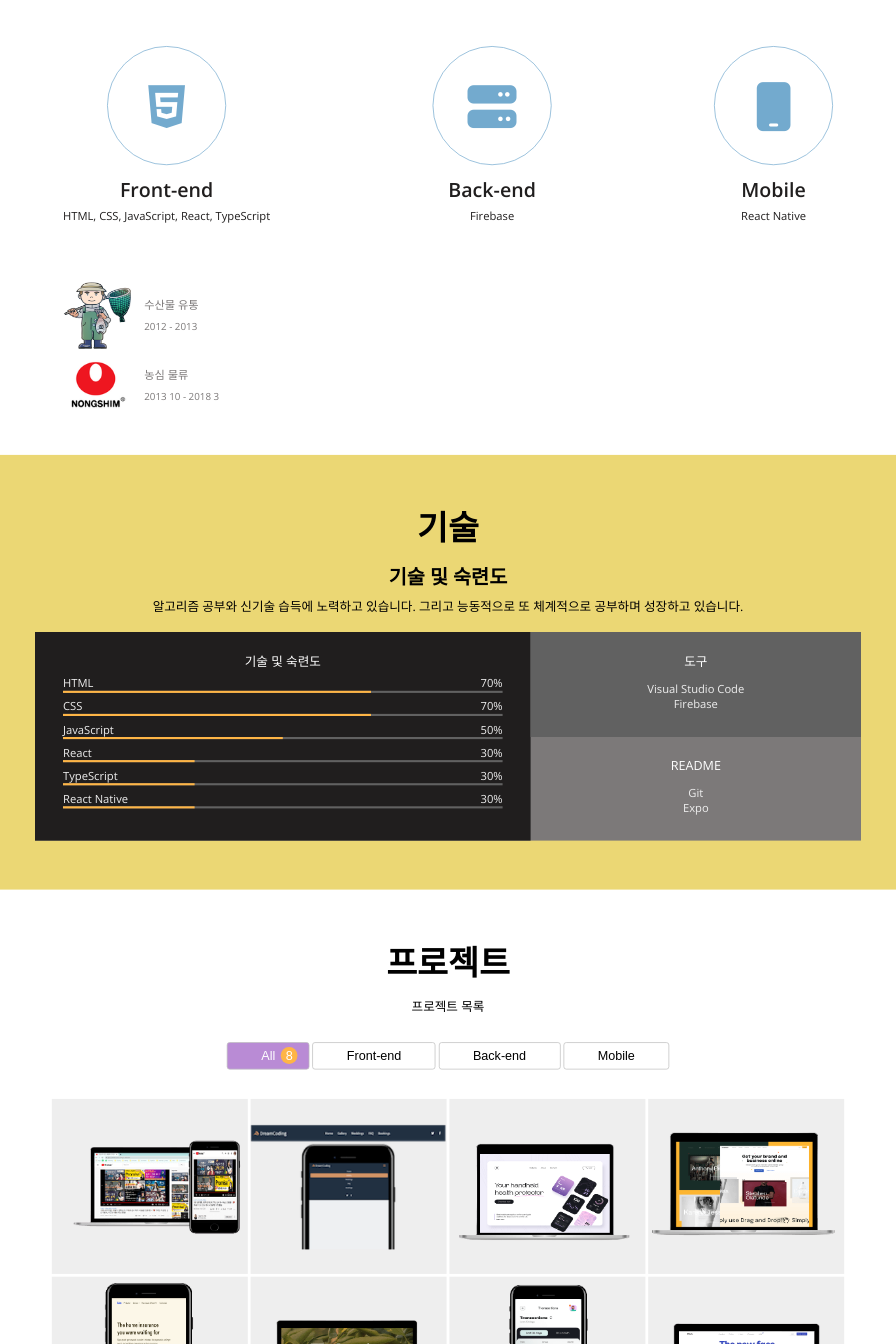
Repository: beomsu9696/Dream_Coding_Academy4
Page: index.html
The author's editor kept a copy of each file at every save. The page is drawn from the files as they stood at one save, then again after the next save.
The browser window is 1280 px wide. The pictures show the part of the page from y = 1087 to 3007 px (the page is 3863 px tall), at 70% of full size.
Some web libraries are served in a nearby version.

Above is the page before, as saved 2021-03-23 14:19:23.

### index.html
<!DOCTYPE html>
<html lang="en">
  <head>
    <meta charset="UTF-8" />
    <meta name="viewport" content="width=device-width, initial-scale=1.0" />
    <title>김범수 포트폴리오</title>
    <meta name="description" content="Portfolio" />
    <meta name="author" content="Beomsu" />
    <link rel="icon" type="image/png" href="images/favicon.png" />
    <script
      src="https://kit.fontawesome.com/c90a48a564.js"
      crossorigin="anonymous"
    ></script>
    <link rel="preconnect" href="https://fonts.gstatic.com" />
    <link
      href="https://fonts.googleapis.com/css2?family=Open+Sans:wght@400;600;700&display=swap"
      rel="stylesheet"
    />
    <link rel="stylesheet" href="style.css" />
    <script src="main.js" defer></script>
  </head>
  <body>
    <!-- Navbar -->
    <nav id="navbar">
      <div class="navbar__logo">
        <i class="fab fa-diaspora"></i>
        <a href="#">김범수 포트폴리오</a>
      </div>
      <ul class="navbar__menu">
        <li class="navbar__menu__item active" data-link="#home">홈</li>
        <li class="navbar__menu__item" data-link="#about">소개</li>
        <li class="navbar__menu__item" data-link="#skills">기술</li>
        <li class="navbar__menu__item" data-link="#work">프로젝트</li>
        <li class="navbar__menu__item" data-link="#etc">README</li>
        <li class="navbar__menu__item" data-link="#contact">연락처</li>
      </ul>
      <!-- Togglle button -->
      <button class="navbar__toggle-btn">
        <i class="fas fa-bars"></i>
      </button>
    </nav>
    <!-- Home -->
    <section id="home">
      <div class="home__container">
        <img
          src="images/IMG_9769.JPG"
          alt="profile photo"
          class="home__avatar"
        />
        <h1 class="home__title">
          안녕하세요, <br />프론트엔드 개발자 김범수 입니다.
        </h1>
        <h2 class="home__description">🇰🇷</h2>
        <button class="home__contact">연락처</button>
      </div>
    </section>
    <!-- About -->
    <section id="about" class="section section__container">
      <h1>소개</h1>
      <p>
        안녕하세요. 저는 비전공자 신입 프론트엔드 개발자입니다. 기술과 문제
        해결능력을 키우는데 열정을 가지고 있으며, 신기술 습득에 노력하고
        있습니다. 그리고 시간 관리와 의사소통 능력이 있습니다. 코딩에 매력을
        느껴서 본격적으로 기술 공부를 하며 배운 기술을 활용해 작은 프로젝트들을
        만들어 보며 여러 가지 문제에 부딪혀 문제해결 과정을 겪어보고 있습니다.
        프론트엔드 개발기술로는 JavaScript, React, Typescript, Firebase, HTML,
        CSS, Git 등을 사용하며 초급수준입니다. 온라인 강의를 적극적으로 활용하여
        능동적으로 또 체계적으로 공부하며 성장하고 있습니다. 최근 Reaact
        Native와 Expo로 간단한 앱 몇 가지를 개발하여 구글 플레이 스토어에 배포해
        보았으며 저에겐 굉장히 즐거운 과정이었습니다. 계속해서 웹 앱 분야에서
        토이 프로젝트들을 만들어보면서 고급개발자가 될 수 있도록 노력하려
        합니다. 앞으로는 현업에서 소통과 협업을 하며 성장해 보고 싶습니다.
      </p>
      <div class="about__majors">
        <div class="major">
          <div class="major__icon">
            <i class="fab fa-html5"></i>
          </div>
          <h2 class="major__title">Front-end</h2>
          <div class="major__description">
            HTML, CSS, JavaScript, React, TypeScript
          </div>
        </div>
        <div class="major">
          <div class="major__icon">
            <i class="fas fa-server"></i>
          </div>
          <h2 class="major__title">Back-end</h2>
          <div class="major__description">Firebase</div>
        </div>
        <div class="major">
          <div class="major__icon">
            <i class="fas fa-mobile"></i>
          </div>
          <h2 class="major__title">Mobile</h2>
          <div class="major__description">React Native</div>
        </div>
      </div>
      <div class="about__jobs">
        <div class="job">
          <img src="images/jobs/sea.jpeg" alt="sea" class="job__logo" />
          <div class="job__description">
            <p class="job__name">수산물 유통</p>
            <p class="job__period">2012 - 2013</p>
          </div>
        </div>
        <div class="job">
          <img
            src="images/jobs/logo-nongshim.png"
            alt="nongshim"
            class="job__logo"
          />
          <div class="job__description">
            <p class="job__name">농심 물류</p>
            <p class="job__period">2013 10 - 2018 3</p>
          </div>
        </div>
      </div>
    </section>
    <!-- Skills -->
    <section id="skills" class="section">
      <div class="section__container">
        <h1>기술</h1>
        <h2>기술 및 숙련도</h2>
        <p>
          알고리즘 공부와 신기술 습득에 노력하고 있습니다. 그리고 능동적으로 또
          체계적으로 공부하며 성장하고 있습니다.
        </p>
        <div class="skillset">
          <div class="skillset__left">
            <h3 class="skillset__title">기술 및 숙련도</h3>
            <div class="skill">
              <div class="skill__description">
                <span>HTML</span>
                <span>70%</span>
              </div>
              <!-- <progress value="100" max="100"></progress> -->
              <div class="skill__bar">
                <div class="skill__value" style="width: 70%"></div>
              </div>
            </div>
            <div class="skill">
              <div class="skill__description">
                <span>CSS</span>
                <span>70%</span>
              </div>
              <div class="skill__bar">
                <div class="skill__value" style="width: 70%"></div>
              </div>
            </div>
            <div class="skill">
              <div class="skill__description">
                <span>JavaScript</span>
                <span>50%</span>
              </div>
              <div class="skill__bar">
                <div class="skill__value" style="width: 50%"></div>
              </div>
            </div>
            <div class="skill">
              <div class="skill__description">
                <span>React</span>
                <span>30%</span>
              </div>
              <div class="skill__bar">
                <div class="skill__value" style="width: 30%"></div>
              </div>
            </div>
            <div class="skill">
              <div class="skill__description">
                <span>TypeScript</span>
                <span>30%</span>
              </div>
              <div class="skill__bar">
                <div class="skill__value" style="width: 30%"></div>
              </div>
            </div>
            <div class="skill">
              <div class="skill__description">
                <span>React Native</span>
                <span>30%</span>
              </div>
              <div class="skill__bar">
                <div class="skill__value" style="width: 30%"></div>
              </div>
            </div>
          </div>
          <div class="skillset__right">
            <div class="tools">
              <h3 class="skillset__title">도구</h3>
              <ul class="tools__list">
                <li><span>Visual Studio Code</span></li>
                <li><span>Firebase</span></li>
              </ul>
            </div>
            <div class="etc">
              <h3 class="skillset__title">README</h3>
              <ul class="etc__list">
                <li><span>Git</span></li>
                <li><span>Expo</span></li>
              </ul>
            </div>
          </div>
        </div>
      </div>
    </section>
    <!-- Work -->
    <section id="work" class="section">
      <div class="section__container">
        <h1>프로젝트</h1>
        <h3>프로젝트 목록</h3>
        <div class="work__categories">
          <button class="category__btn selected" data-filter="*">
            All <span class="category__count">8</span>
          </button>
          <button class="category__btn" data-filter="front-end">
            Front-end <span class="category__count">1</span>
          </button>
          <button class="category__btn" data-filter="back-end">
            Back-end <span class="category__count">1</span>
          </button>
          <button class="category__btn" data-filter="mobile">
            Mobile <span class="category__count">1</span>
          </button>
        </div>
        <div class="work__projects">
          <a href="#" class="project" target="_blank" data-type="front-end">
            <img
              class="project__img"
              src="images/projects/project1.png"
              alt="Project1"
            />
            <div class="project__description">
              <h3>Project</h3>
              <span>Clone coding with HTML and CSS</span>
            </div>
          </a>
          <a href="#" class="project" target="_blank" data-type="back-end">
            <img
              class="project__img"
              src="images/projects/project2.png"
              alt="Project2"
            />
            <div class="project__description">
              <h3>Project</h3>
              <span>Clone coding with HTML and CSS</span>
            </div>
          </a>
          <a href="#" class="project" target="_blank" data-type="mobile">
            <img
              class="project__img"
              src="images/projects/project3.png"
              alt="Project3"
            />
            <div class="project__description">
              <h3>Project</h3>
              <span>Clone coding with HTML and CSS</span>
            </div>
          </a>
          <a href="#" class="project" target="_blank">
            <img
              class="project__img"
              src="images/projects/project4.png"
              alt="Project4"
            />
            <div class="project__description">
              <h3>Project</h3>
              <span>Clone coding with HTML and CSS</span>
            </div>
          </a>
          <a href="#" class="project" target="_blank">
            <img
              class="project__img"
              src="images/projects/project5.png"
              alt="Project5"
            />
            <div class="project__description">
              <h3>Project</h3>
              <span>Clone coding with HTML and CSS</span>
            </div>
          </a>
          <a href="#" class="project" target="_blank">
            <img
              class="project__img"
              src="images/projects/project6.png"
              alt="Project6"
            />
            <div class="project__description">
              <h3>Project</h3>
              <span>Clone coding with HTML and CSS</span>
            </div>
          </a>
          <a href="#" class="project" target="_blank">
            <img
              class="project__img"
              src="images/projects/project7.png"
              alt="Project7"
            />
            <div class="project__description">
              <h3>Project</h3>
              <span>Clone coding with HTML and CSS</span>
            </div>
          </a>
          <a href="#" class="project" target="_blank">
            <img
              class="project__img"
              src="images/projects/project8.png"
              alt="Project8"
            />
            <div class="project__description">
              <h3>Project</h3>
              <span>Clone coding with HTML and CSS</span>
            </div>
          </a>
        </div>
      </div>
    </section>
    <!-- Etc -->
    <section id="etc" class="section">
      <div class="section__container">
        <h1>README</h1>
        <h3>-</h3>
      </div>
    </section>
    <!-- Contact -->
    <section id="contact" class="section">
      <h1 class="contact__title">연락처</h1>
      <h2 class="contact__email">beomsu9696@daum.net</h2>
      <div class="contact__links">
        <a href="https://github.com/beomsu9696" target="_blank">
          <i class="fab fa-github"></i>
        </a>
        <a href="https://www.linkedin.com/in/beomsu9696/" target="_blank">
          <i class="fab fa-linkedin"></i>
        </a>
      </div>
      <p class="contact__rights">2021 김범수 포트폴리오</p>
    </section>
    <!-- Arrow up -->
    <button class="arrow-up">
      <i class="fa fa-arrow-up"></i>
    </button>
  </body>
</html>

### style.css
/* Universal tags */
* {
  box-sizing: border-box;
}

body {
  margin: 0;
  font-family: "Open Sans", sans-serif;
  cursor: default;
}

a {
  text-decoration: none;
  color: var(--color-white);
}

ul {
  list-style: none;
  padding-left: 0;
}

button {
  outline: none;
  background-color: transparent;
  cursor: pointer;
  border: none;
  padding: 0;
}

p {
  line-height: 1.8;
}

/* Global */
:root {
  /* Color */
  --color-white: #ffffff;
  --color-light-white: #eeeeee;
  --color-dark-white: #bdbdbd;
  --color-purple: #b98bd5;
  --color-dark-purple: #b96eb0;
  --color-dark-grey: #201e1e;
  --color-grey: #616161;
  --color-light-grey: #7c7979;
  --color-blue: #73aace;
  --color-yellow: #ebd774;
  --color-orange: #feb546;
  --color-black: #000000;

  /* Font size */
  --font-large: 48px;
  --font-medium: 28px;
  --font-regular: 18px;
  --font-small: 16px;
  --font-micro: 14px;

  /* Font weight */
  --weight-bold: 700;
  --weight-semi-bold: 600;
  --weight-regular: 400;

  /* Size */
  --size-border-radius: 4px;

  /* Animation */
  --animation-duration: 300ms;
}

/* Typography */

h1 {
  font-size: var(--font-large);
  font-weight: var(--weight-bold);
  color: var(--color-black);
  margin: 16px 0px;
}

h2 {
  font-size: var(--font-medium);
  font-weight: var(--weight-semi-bold);
  color: var(--color-black);
  margin: 8px 0;
}

h3 {
  font-size: var(--font-regular);
  font-weight: var(--weight-regular);
  color: var(--color-black);
  margin: 8px 0;
}

p {
  font-size: var(--font-regular);
  font-weight: var(--weight-regular);
  color: var(--color-black);
  margin: 4px 0;
}

/* Navbar */
#navbar {
  position: fixed;
  width: 100%;
  display: flex;
  justify-content: space-between;
  align-items: center;
  color: var(--color-white);
  padding: 16px;
  background-color: transparent;
  transition: all var(--animation-duration) ease-in-out;
  z-index: 1;
}

#navbar.navbar--dark {
  background-color: var(--color-purple);
  padding: 8px;
}

.navbar__menu {
  display: flex;
}

.navbar__logo {
  font-size: var(--font-medium);
  font-weight: var(--weight-semi-bold);
}

.navbar__menu__item {
  padding: 8px 12px;
  margin: 0 4px;
  cursor: pointer;
  border-radius: var(--size-border-radius);
  border: 1px solid transparent;
}

.navbar__menu__item.active {
  border: 1px solid var(--color-white);
}

.navbar__menu__item:hover {
  border: 1px solid var(--color-white);
  background-color: var(--color-dark-purple);
}

.navbar__toggle-btn {
  position: absolute;
  top: 24px;
  right: 32px;
  font-size: 24px;
  color: var(--color-white);
  display: none;
}

/* Home */
#home {
  background: center/cover no-repeat url(images/homebackground.png);
  padding: 40px;
  padding-top: 120px;
  text-align: center;
}

.home__avatar {
  width: 250px;
  height: 250px;
  border-radius: 50%;
  border: 2px solid var(--color-light-white);
  object-fit: cover;
}

.home__title,
.home__description {
  color: var(--color-white);
}

.home__contact {
  color: var(--color-white);
  font-size: var(--font-regular);
  font-weight: var(--weight-bold);
  margin: 24px;
  padding: 8px 12px;
  border: 2px solid var(--color-white);
  border-radius: var(--size-border-radius);
}

.home__contact:hover {
  background-color: var(--color-orange);
}

/* Section common */
.section {
  text-align: center;
  padding: 50px;
  margin: auto;
}

.section__container {
  max-width: 1200px;
  margin: auto;
}
/* About */
.about__majors {
  display: flex;
  justify-content: space-between;
  margin: 80px 0;
}

.major__icon {
  width: 170px;
  height: 170px;
  line-height: 170px;
  font-size: 70px;
  margin: auto;
  color: var(--color-blue);
  border: 1px solid var(--color-blue);
  border-radius: 50%;
  margin-bottom: 16px;
}

.major__icon i {
  transition: all var(--animation-duration) ease;
}

.major__icon:hover i {
  color: var(--color-purple);
  transform: rotate(-30deg) scale(1.1);
}

.major__title,
.major__description {
  color: var(--color-dark-grey);
}

.major__description {
  font-size: var(--font-small);
}

.job {
  display: flex;
  align-items: center;
}

.job__description {
  margin: 0 16px;
  text-align: left;
}

.job__name,
.job__period {
  color: var(--color-light-grey);
}

.job__name {
  font-size: var(--font-small);
}

.job__period {
  font-size: var(--font-micro);
}
.job__logo {
  width: 100px;
  height: 100px;
}

/* Skill */
#skills {
  background-color: var(--color-yellow);
}

.skillset {
  display: flex;
  background-color: var(--color-light-grey);
  color: var(--color-light-white);
  margin: 20px 0;
}

.skillset__title {
  color: var(--color-white);
}

.skillset__left {
  flex-basis: 60%;
  background-color: var(--color-dark-grey);
  padding: 20px 40px;
}

.skill {
  margin-bottom: 8px;
}

.skill__description {
  display: flex;
  justify-content: space-between;
}

.skill__bar {
  width: 100%;
  height: 3px;
  background-color: var(--color-grey);
}

.skill__value {
  width: 100%;
  height: 3px;
  background-color: var(--color-orange);
}

.skillset__right {
  flex-basis: 40%;
}

.tools {
  background-color: var(--color-grey);
}

.tools,
.etc {
  padding: 20px;
}

/* Work */
.work__categories {
  margin: 40px;
}

.category__btn {
  border: 1px solid var(--color-dark-white);
  border-radius: var(--size-border-radius);
  font-size: var(--font-regular);
  padding: 8px 48px;
  position: relative;
}

.category__btn.selected,
.category__btn:hover {
  background-color: var(--color-purple);
  color: var(--color-white);
}

.category__btn.selected .category__count,
.category__btn:hover .category__count {
  opacity: 1;
  top: 6px;
}

.category__count {
  background-color: var(--color-orange);
  border-radius: 50%;
  color: var(--color-white);
  width: 24px;
  height: 24px;
  line-height: 24px;
  display: inline-block;
  position: absolute;
  top: -20px;
  right: 16px;
  opacity: 0;
  transition: all var(--animation-duration) ease-in;
}

.work__projects {
  display: flex;
  flex-wrap: wrap;
  justify-content: center;
  opacity: 1;
  transition: all var(--animation-duration) ease-out;
}

.work__projects.anim-out {
  opacity: 0.6;
  transform: scale(0.96) translateY(40px);
}

.project {
  position: relative;
  display: flex;
  justify-content: center;
  align-items: center;
  width: 280px;
  height: 250px;
  margin: 2px;
  background-color: var(--color-light-white);
}

.project.invisible {
  display: none;
}

.project__img {
  max-width: 100%;
  max-height: 100%;
}

.project__description {
  position: absolute;
  background-color: black;
  display: flex;
  flex-direction: column;
  justify-content: center;
  width: 100%;
  height: 100%;
  top: 0;
  left: 0;
  opacity: 0;
  transform: translateY(10px);
  transition: all var(--animation-duration) ease-in;
}

.project:hover .project__description {
  transform: translateY(0px);
  opacity: 0.8;
}

.project__description h3 {
  color: var(--color-orange);
}

.project__description h3:after {
  content: "";
  display: block;
  position: relative;
  left: 50%;
  width: 50px;
  height: 2px;
  transform: translateX(-50%);
  margin-top: 8px;
  background-color: var(--color-dark-white);
}

/* Contact */
#contact {
  background-color: var(--color-purple);
}

.contact__title,
.contact__email,
.contact__rights {
  color: var(--color-white);
}

.contact__title {
  margin: 32px 0;
}

.contact__links {
  font-size: var(--font-large);
  margin: 24px 0;
}

.contact__links i {
  transition: all var(--animation-duration) ease-in;
}

.contact__links i:hover {
  transform: scale(1.1);
  color: var(--color-yellow);
}

/* Scroll */
.arrow-up {
  position: fixed;
  bottom: 50px;
  right: 50px;
  font-size: 50px;
  width: 70px;
  height: 70px;
  background-color: var(--color-purple);
  color: var(--color-white);
  border-radius: 50%;
  opacity: 0;
  transition: all 300ms ease-in;
  pointer-events: none;
}

.arrow-up.visible {
  opacity: 1;
  pointer-events: auto;
}

/* For below 768px screen width */
@media screen and (max-width: 768px) {
  :root {
    /* Font size */
    --font-large: 30px;
    --font-medium: 18px;
    --font-regular: 16px;
    --font-small: 14px;
    --font-micro: 12px;
  }

  .navbar__toggle-btn {
    display: block;
    top: 16px;
    right: 16px;
    font-size: var(--font-medium);
  }

  #navbar {
    flex-direction: column;
    align-items: flex-start;
    background-color: var(--color-purple);
  }
  #navbar.navbar--dark {
    padding: 16px;
  }
  .navbar__menu {
    flex-direction: column;
    text-align: center;
    width: 100%;
    display: none;
  }

  .navbar__menu.open {
    display: block;
  }

  .section {
    padding: 16px;
    padding-top: 40px;
  }

  .about__majors {
    flex-direction: column;
    margin-top: 30px;
    margin-bottom: 0px;
  }

  .major {
    margin-bottom: 30px;
  }

  .skillset {
    flex-direction: column;
  }

  .category__btn {
    padding: 8px;
  }

  .project {
    flex-grow: 1;
  }

  .etc {
    flex-direction: column;
    align-items: center;
  }

  .arrow-up {
    width: 50px;
    height: 50px;
    font-size: 30px;
    line-height: 50px;
    right: 16px;
    bottom: 16px;
  }
}
/* For below 970px screen width */
@media screen and (max-width: 970px) {
  .work__categories {
    display: flex;
    flex-direction: column;
  }

  .category__btn:nth-child(even),
  .category__btn:nth-child(3) {
    margin-top: 4px;
  }
}

Loaded but not shown: main.js (148 lines, source omitted)

After the next save:
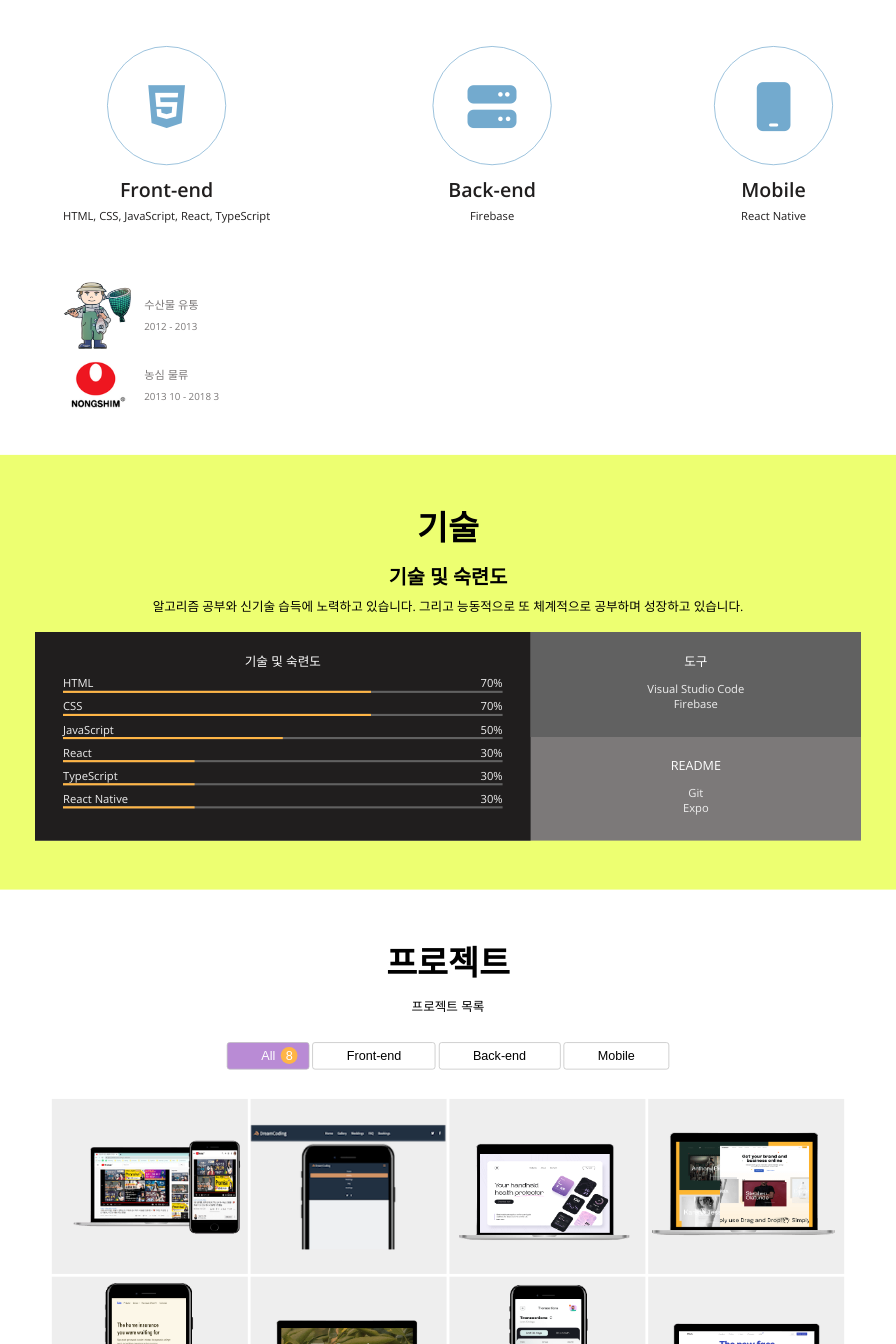
Saved 62 s later.
--- a/style.css
+++ b/style.css
@@ -43,7 +43,7 @@
   --color-grey: #616161;
   --color-light-grey: #7c7979;
   --color-blue: #73aace;
-  --color-yellow: #ebd774;
+  --color-yellow: #edff71;
   --color-orange: #feb546;
   --color-black: #000000;
 
